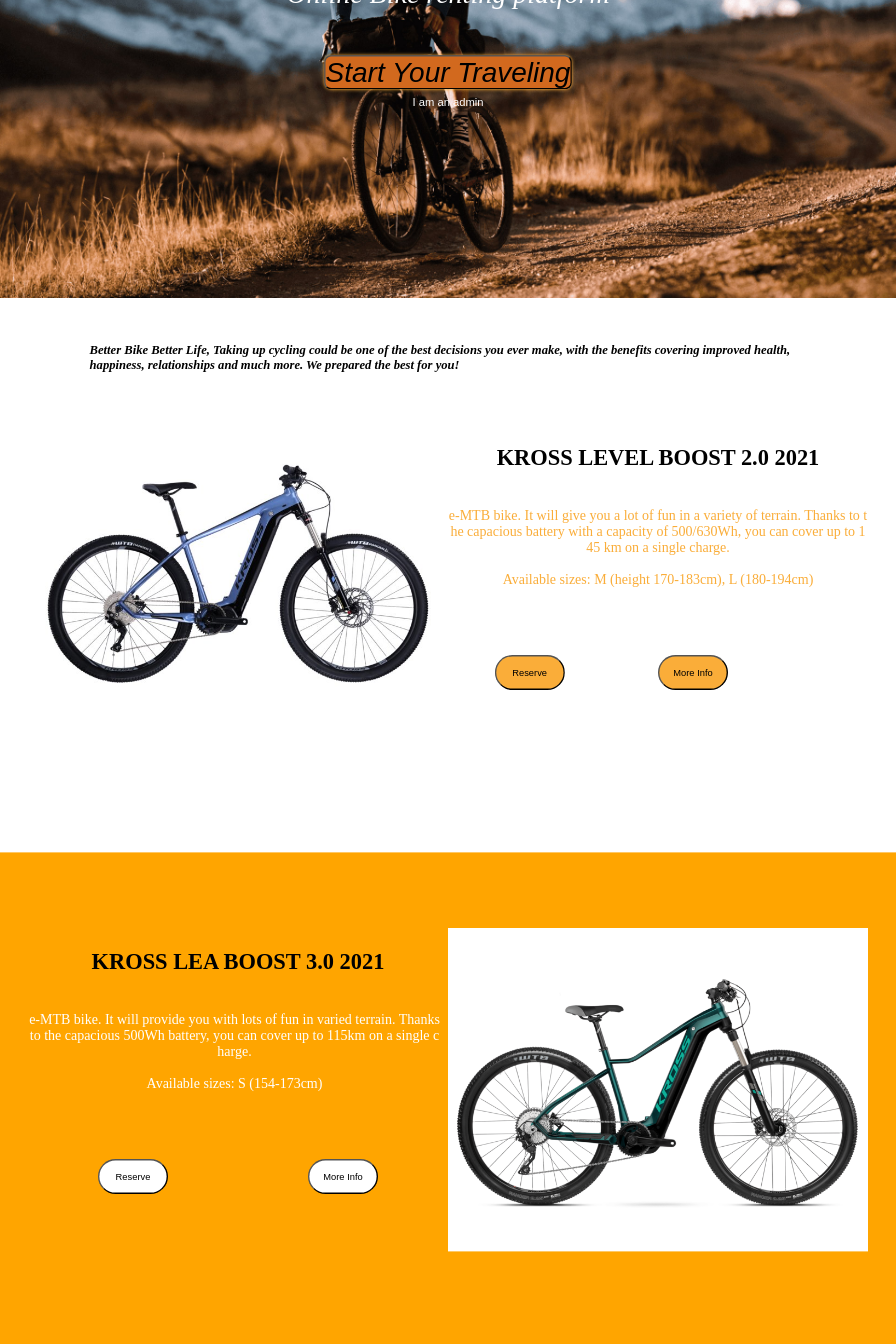
Repository: salveendutt/Bike-Reservation-App
Page: templates/welcome.html
The author's editor kept a copy of each file at every save. The page is drawn from the files as they stood at one save, then again after the next save.
The browser window is 1280 px wide. The pictures show the part of the page from y = 334 to 2254 px (the page is 5362 px tall), at 70% of full size.
The template is drawn by Django 4.2. The application's start-up code is not run. The template is opened directly, without the code that normally fills it, so the values that code supplies are empty.

Above is the page before, as saved 2023-04-24 15:55:25.

After the next save:
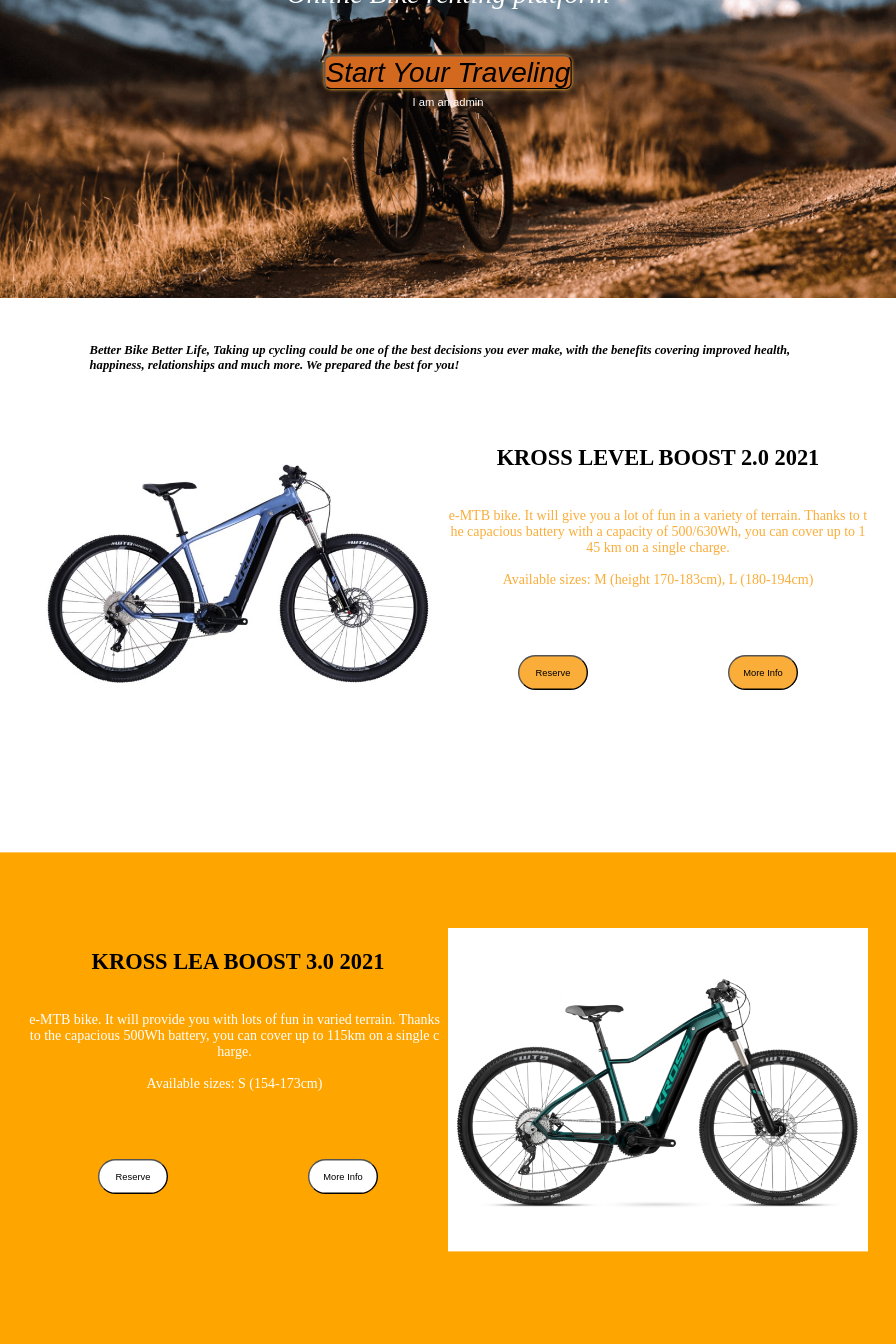
Saved 3 min 59 s later.
--- a/templates/welcome.html
+++ b/templates/welcome.html
@@ -78,10 +78,10 @@
                 </div>
                 <div style="flex: 1;" class="right-btn-box">
                     <button class="BikeButton">Reserve</button>
-                    <a href="/bike_list">
+
                     <button class="BikeButton">More Info</button>
-                    </a>
-                    <a href="bike_list"></a>
+
+                    <!-- <a href="/bike_list"></a> -->
                 </div>
             </div>
         </div>
